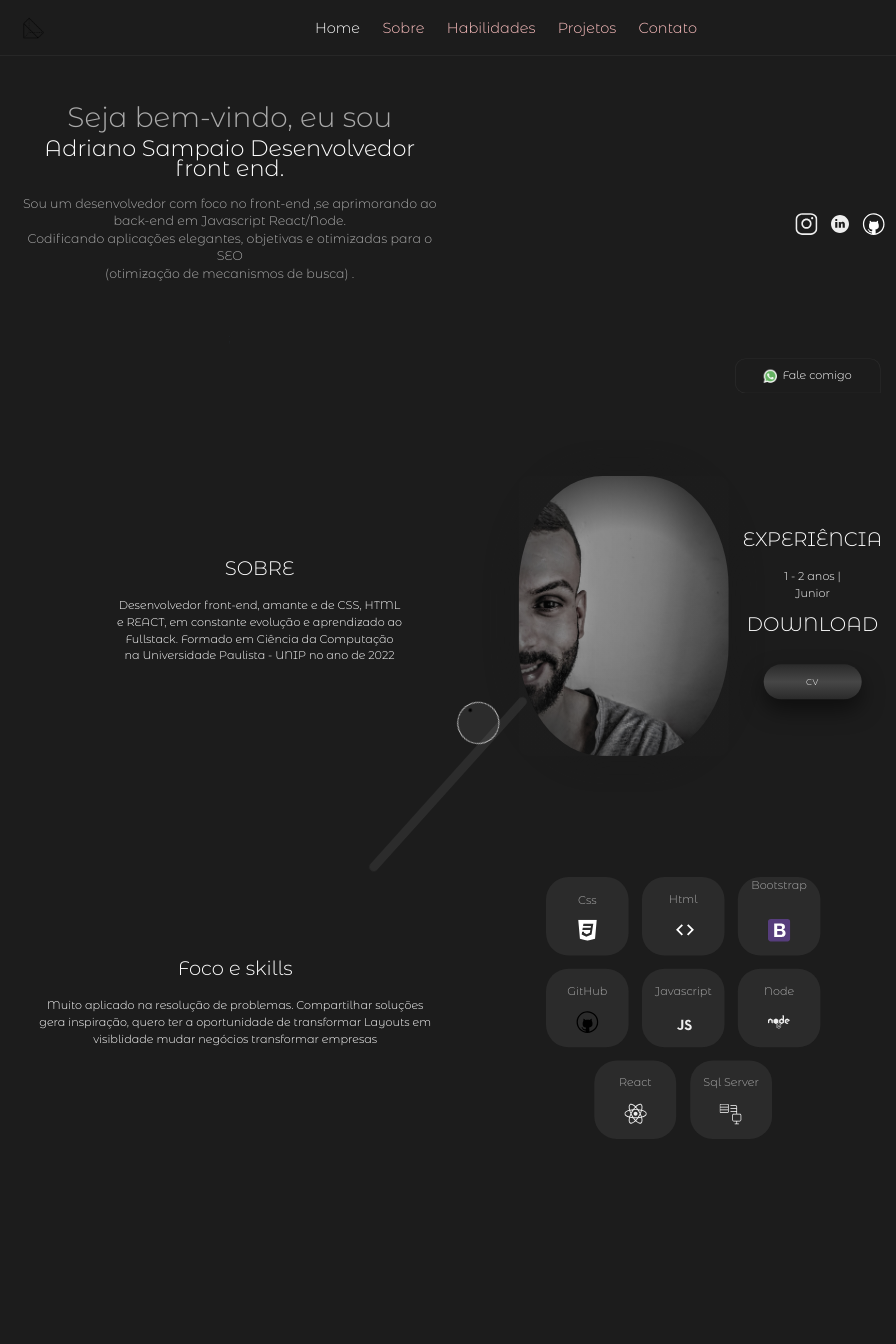
Repository: adrianodisam/NovoPortifolio
Page: /
An editor plug-in stored every save of this project. The page is shown before and after the next save, followed by the edit.
The browser window is 1280 px wide. The pictures show the part of the page from y = 0 to 1920 px (the page is 3024 px tall), at 70% of full size.
The project was rebuilt for these pictures with package versions that can differ from the ones it lists, and the page was loaded fresh each time. Imported but missing from the stored project, and not drawn on this page: src/componentes/Download/Adriano.pdf.

Above is the page before, as saved 2024-11-02 16:49:33.

After the next save:
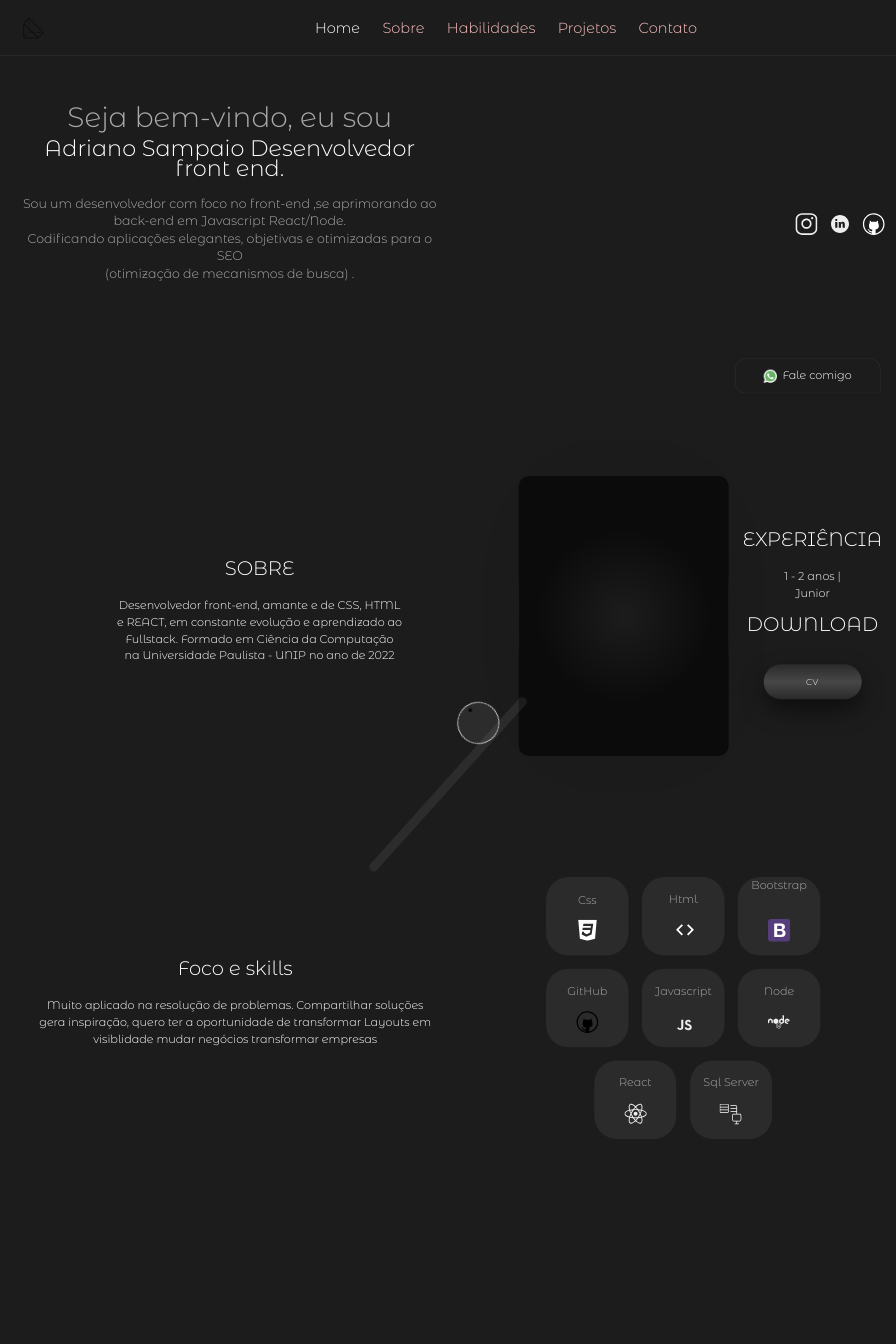
Saved 3 min 37 s later.
--- a/src/componentes/FotoSobre/FotoSobre.module.css
+++ b/src/componentes/FotoSobre/FotoSobre.module.css
@@ -24,7 +24,9 @@
   position: absolute;
   width: 300px; /* Um pouco maior que a imagem para o efeito de borda */
   height: 400px;
-  background: radial-gradient(circle, rgba(40, 40, 40, 0.1) 50%, #1c1c1c 100%);
+  /* background: radial-gradient(circle, rgba(40, 40, 40, ) 50%, #1c1c1c 100%); */
+  background: rgb(28,28,28);
+background: radial-gradient(circle, rgba(28,28,28,1) 1%, rgba(11,11,11,1) 50%);
   border-radius: 15px;
   z-index: 0;
 }
